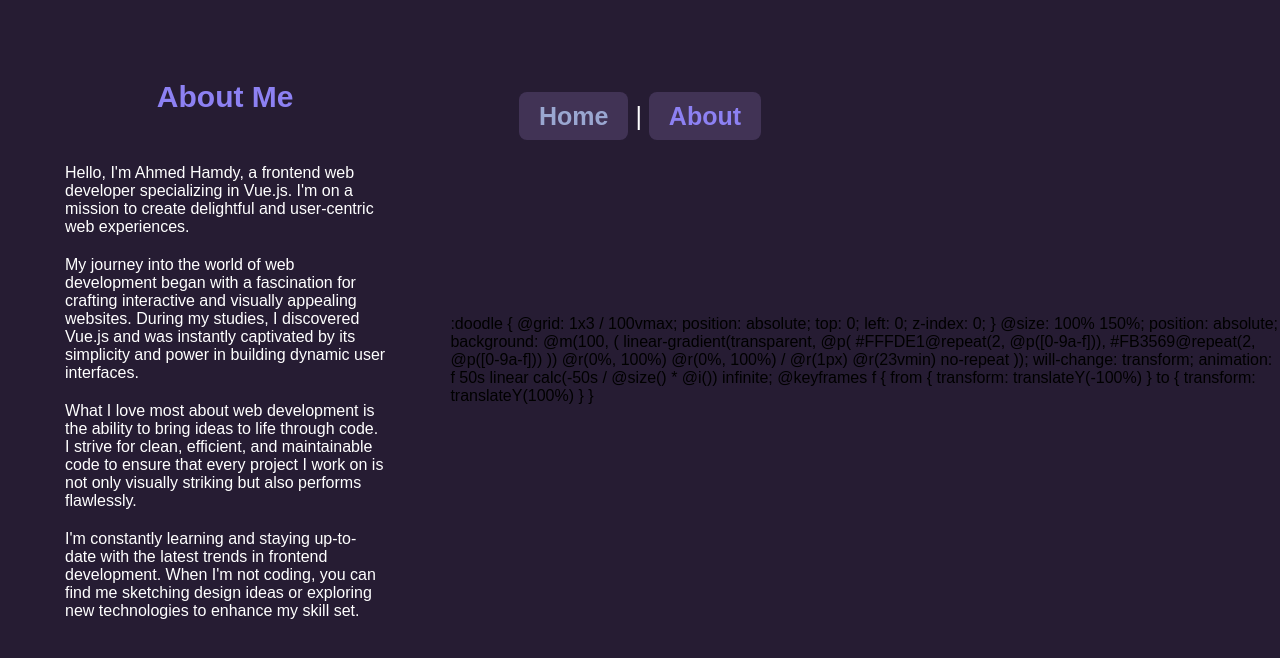
Repository: ahamdy997/portfolio
Page: /about
An editor plug-in stored every save of this project. The page is shown before and after the next save, followed by the edit.
The browser window is 1280 px wide. The pictures show the whole page.
The pointer rests on the first visible `a`.
The project was rebuilt for these pictures with package versions that can differ from the ones it lists, and the page was loaded fresh each time. Also part of the build but not shown: vue.config.js, src/components/HelloWorld.vue, src/views/HomeView.vue.

Above is the page before, as saved 2023-11-05 00:37:41.

After the next save:
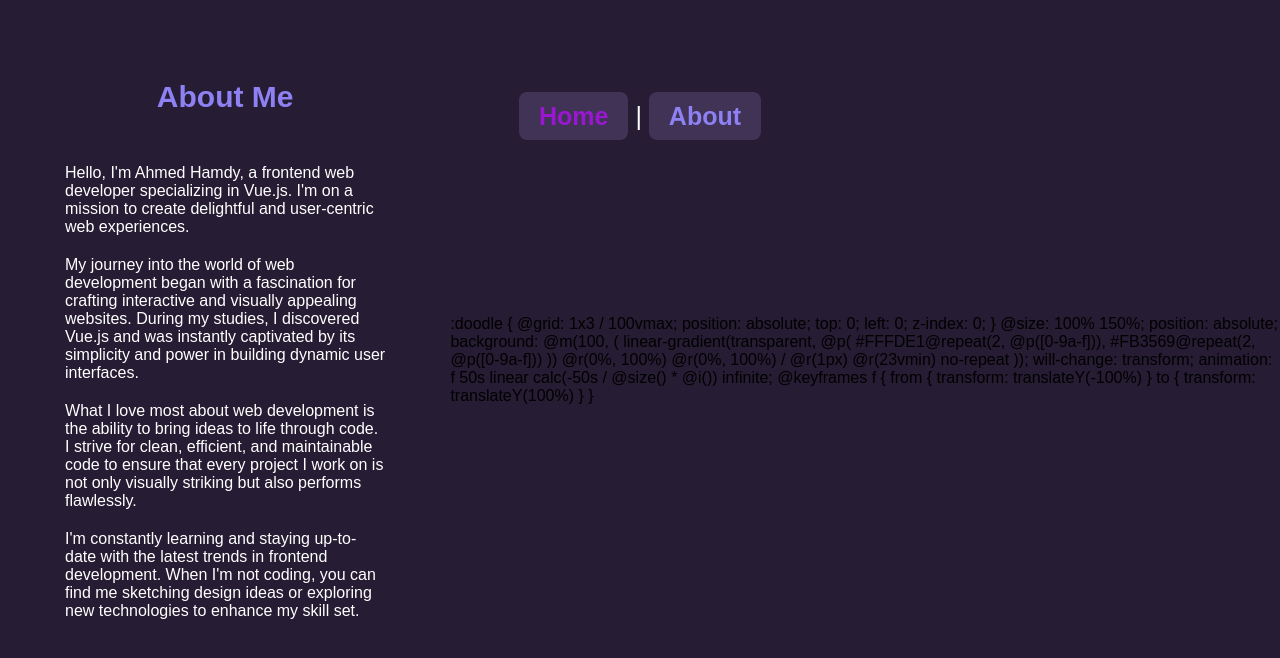
Saved 4 s later.
--- a/src/App.vue
+++ b/src/App.vue
@@ -35,7 +35,7 @@ nav a {
   padding: 10px 20px;
 }
 a:hover {
-  color: rgba(177, 197, 240, 0.8);
+  color: rgba(177, 17, 240, 0.8);
 }
 
 nav a.router-link-exact-active {
